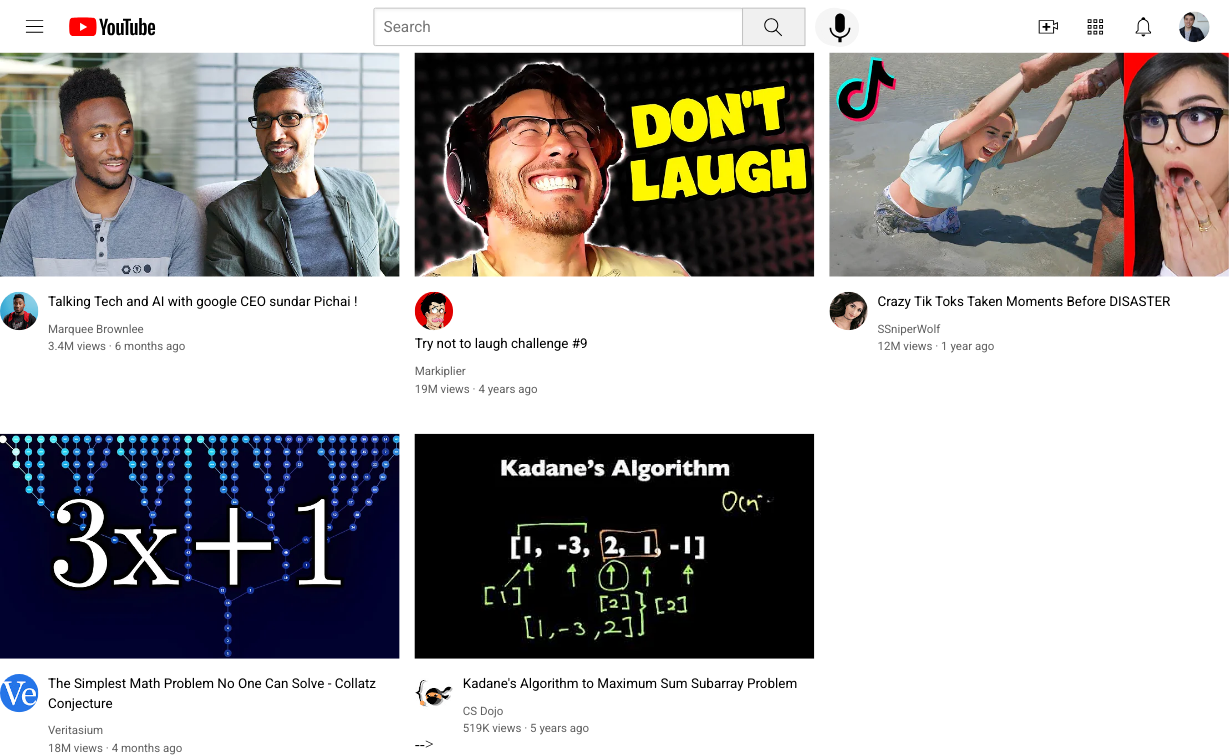
Repository: knowledgeAlan/html-css-thirteen
Page: youtube.html
These files come from the project's save history. The page is drawn as it stood at one moment and after the next save; the edit follows.
The browser window is 1280 px wide. The pictures show the whole page, at 96% of full size.

Above is the page before, as saved 2024-03-19 18:24:36.

### youtube.html
<!DOCTYPE html>
<html>

<head>
    <title>Youtube.com Clone</title>

    <link rel="preconnect" href="https://fonts.googleapis.com">
    <link rel="preconnect" href="https://fonts.gstatic.com" crossorigin>
    <link href="https://fonts.googleapis.com/css2?family=Roboto:wght@400;500;700&display=swap" rel="stylesheet">

    <link rel="stylesheet" href="styles/general.css">
    <link rel="stylesheet" href="styles/header.css">
    <link rel="stylesheet" href="styles/video.css">

    <body>


        <div class="header">


            <div class="left-section">

                <img class="hamburger-menu" src="icons/hamburger-menu.svg">
                <img class="youtube-logo" src="icons/youtube-logo.svg">

            </div>

            <div class="middle-section">
                <input class="search-bar" type="text" placeholder="Search">

                <button class="search-button">
                    <img class="search-icon" src="icons/search.svg">
                </button>

                <button class="voice-search-button">
                       <img class="voice-search-button" src="icons/voice-search-icon.svg" >
                </button>
            </div>

            <div class="right-section">
                <img class="upload-icon" src="icons/upload.svg">
                <img class="youtube-apps-icon" src="icons/youtube-apps.svg">
                <img class="notifications-icon" src="icons/notifications.svg">
                <img class="current-user-picture" src="channel-pictures/my-channel.jpeg">

            </div>

        </div>

        <div class="video-grid">

            <div class="video-preview">

                <div class="thumbnail-row">
                    <img class="thumbnail" src="thumbnails/thumbnail-1.webp">
                </div>

                <div class="video-info-grid">

                    <div class="channel-picture">
                        <img class="profile-picture" src="channel-pictures/channel-1.jpeg">
                    </div>

                    <div class="video-info">
                        <p class="video-title">
                            Talking Tech and AI with google CEO sundar Pichai !

                        </p>

                        <p class="video-author">
                            Marquee Brownlee
                        </p>

                        <p class="video-stats">
                            3.4M views &#183; 6 months ago
                        </p>

                    </div>
                </div>
            </div>


            <div class="video-preview">
                    <div class="thumbnail-row">
                        <img class="thumbnail" src="thumbnails/thumbnail-2.webp">

                    </div>

                    <div class="=video-info-grid">
                        <div class="channel-picture">
                            <img class="profile-picture" src="channel-pictures/channel-2.jpeg">
                        </div>

                        <div class="video-info">
                            <p class="video-title">
                                Try not to laugh challenge #9
                            </p>

                            <p class="video-author">
                                Markiplier
                            </p>

                            <p class="video-stats">
                                19M views &#183; 4 years ago
                            </p>
                        </div>
                    </div>
            </div>



            <div class="video-preview">

                <div class="thumbnail-row">
                    <img class="thumbnail" src="thumbnails/thumbnail-3.webp">
                </div>

                <div class="video-info-grid">
                    <div class="channel-picture">
                        <img class="profile-picture"    src="channel-pictures/channel-3.jpeg">
                    </div>

                    <div class="video-info">
                         <p class="video-title">
                            Crazy Tik Toks Taken Moments Before DISASTER
                         </p>

                         <p class="video-author">
                            SSniperWolf
                         </p>

                         <p class="video-stats">
                            12M views &#183; 1 year ago
                         </p>
                    </div>
                </div>
            </div>

            <div class="video-preview">
                <div class="thumbnail-row">
                    <img class="thumbnail" src="thumbnails/thumbnail-4.webp">
                </div>
                <div class="video-info-grid">
                    <div class="channel-picture">
                        <img class="profile-picture" src="channel-pictures/channel-4.jpeg">
                    </div>

                    <div class="video-info">
                        <p class="video-title">
                            The Simplest Math Problem No One Can Solve - Collatz Conjecture
                        </p>
                        <p class="video-author">
                            Veritasium
                        </p>

                        <p class="video-stats">
                            18M views &#183; 4 months ago
                        </p>

                    </div>
                </div>
            </div>



            <div class="video-preview">
                <div class="thumbnail-row">
                    <img class="thumbnail" src="thumbnails/thumbnail-5.webp">
                </div>



                    <div class="video-info-grid">
                        <div class="channel-picture">
                            <img class="profile-picture" src="channel-pictures/channel-5.jpeg">
                        </div>

                        <div class="video-info">

                            <p class="video-title">
                                Kadane's Algorithm to Maximum Sum Subarray Problem
                            </p>

                            <p class="video-author">
                                CS Dojo
                            </p>

                            <p class="video-stats">
                                519K views &#183; 5 years ago
                            </p>
                        <div>

              </div>
            </div>


<!--
            <!-- <div class="video-preview">
                <div class="thumbnail-row">
                    <img class="thumbnail" src="thumbnails/thumbnail-6.webp">
                </div>

                <div class="video-info-grid">
                    <div class="channel-picture">
                        <img class="profile-picture" src="channel-pictures/channel-6.jpeg">
                    </div>
                    <div class="video-info">
                        <p class="video-title">
                            Anything You Can Fit In The Circle I’ll Pay For
                        </p>

                        <p class="video-author">
                            MrBeast
                        </p>

                        <p class="video-stats">
                            141M views &#183; 1 year ago
                        </p>
                    </div>
                </div>

            </div> --> -->


        </div>



    </body>
</head>
</html>

### styles/general.css
p{
    font-family: Roboto,Arial;
    margin-top: 0;
    margin-bottom: 0;
}

body{
    margin: 0;
}

### styles/header.css
.header {
    height: 55px;
    display: flex;
    flex-direction: row;
    justify-content: space-between;


}


.left-section {

    display: flex;
    align-items: center;
}

.hamburger-menu {

    height: 24px;
    margin-left: 24px;
    margin-right: 24px;
}


.youtube-logo {
    height: 20px ;
}

.middle-section {
    flex: 1;
    margin-left: 70px;
    margin-right:  35px;
    max-width: 500px;
    display: flex;
    align-items: center;
}

.search-bar{
    flex: 1;
    height: 36px;
    padding-left: 10px;
    font-size: 16px;
    border-width: 1px;
    border-style: solid;
    border-color: rgb(192, 192, 192);
    border-radius: 2px;
    box-shadow: inset 1px 2px 3px rgba(0, 0, 0, 0.05);
    width: 0;

}



.search-bar::placeholder {
    font-family: Roboto,Arial;
    font-size: 16px;
}


.search-button{
    height: 40px;
    width: 66px;
    background-color: rgb(240, 240, 240);
    border-width: 1px;
    border-style: solid;
    border-color: rgb(192, 192, 192);
    margin-left: -1px;
    margin-right: 10px;
}


.search-icon {
    height: 25px;
    margin-top: 4px;
}


.voice-search-button{
    height: 40px;
    width: 40px;
    border-radius: 20px;
    border: none;
    background-color: rgb(245, 245, 245);
}


.video-search-icon {
    height: 24px;
    width: 40px;
    border-radius: 20px;
    border: none;
    background-color: rgb(245, 245, 245);
}

.right-section {
    width: 180px;
    margin-right: 20px;
    display: flex;
    align-items: center;
    justify-content: space-between;
    flex-shrink: 0;

}

.upload-icon {
    height: 24px;
}

.youtube-apps-icon{
    height: 24px;
}


.notifications-icon {
    height: 24px;
}

.current-user-picture {
    height: 32px;
    border-radius: 16px ;
}

### styles/video.css
.thumbnail{
    width: 100%;
}

.video-title {
    margin-top: 0;
    font-size: 14px;
    font-weight: 500px ;
    line-height: 20px;
    margin-bottom: 12px;
}


.video-info-grid {
    display: grid;
    grid-template-columns: 50px 1fr;
}


.profile-picture{
    width: 40px;
    border-radius: 50px;
}


.thumbnail-row {
    margin-bottom: 12px;
}

.video-author,.video-stats {
    font-size: 12px;
    color: rgb(96, 96, 96);
}

.video-author {
    margin-bottom: 4px;
}

.video-grid{
    display: grid;
    grid-template-columns: 1fr 1fr 1fr;
    column-gap: 16px;
    row-gap: 40px;
}

After the next save:
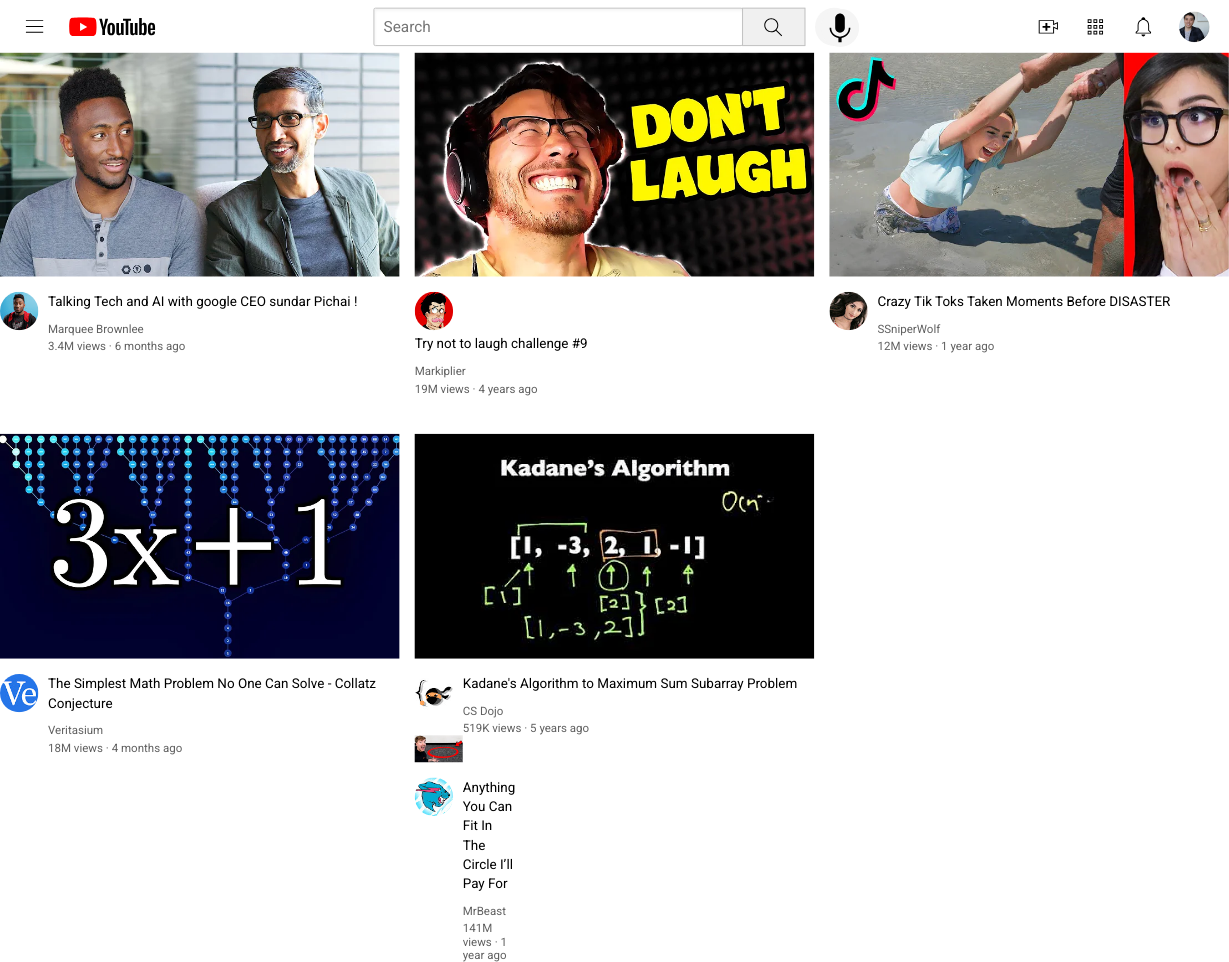
Saved 25 s later.
--- a/youtube.html
+++ b/youtube.html
@@ -194,8 +194,8 @@
             </div>
 
 
-<!--
-            <!-- <div class="video-preview">
+
+             <div class="video-preview">
                 <div class="thumbnail-row">
                     <img class="thumbnail" src="thumbnails/thumbnail-6.webp">
                 </div>
@@ -219,7 +219,7 @@
                     </div>
                 </div>
 
-            </div> --> -->
+            </div>
 
 
         </div>
